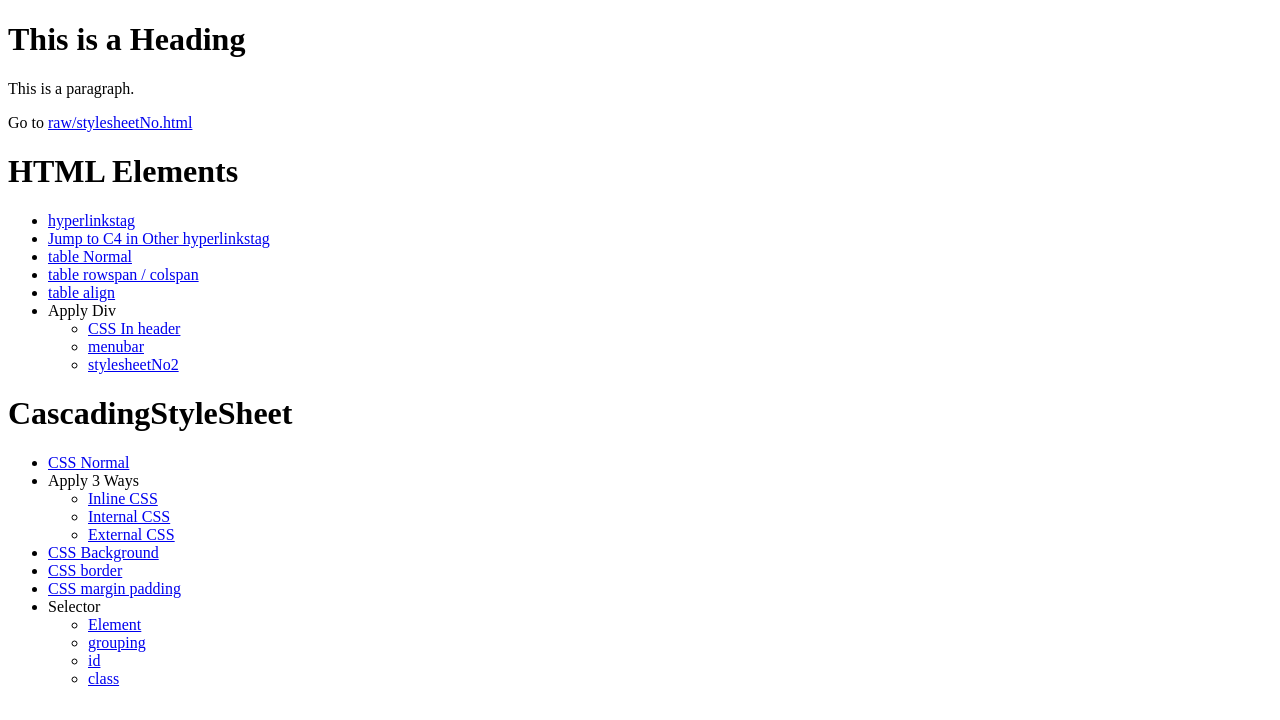
Repository: SanghunOh/learn_publising
Page: HtmlCss/WebContent/index.html
These files come from the project's save history. The page is drawn as it stood at one moment and after the next save; the edit follows.
The browser window is 1280 px wide. The pictures show the whole page.

Above is the page before, as saved 2018-05-07 03:08:35.

After the next save:
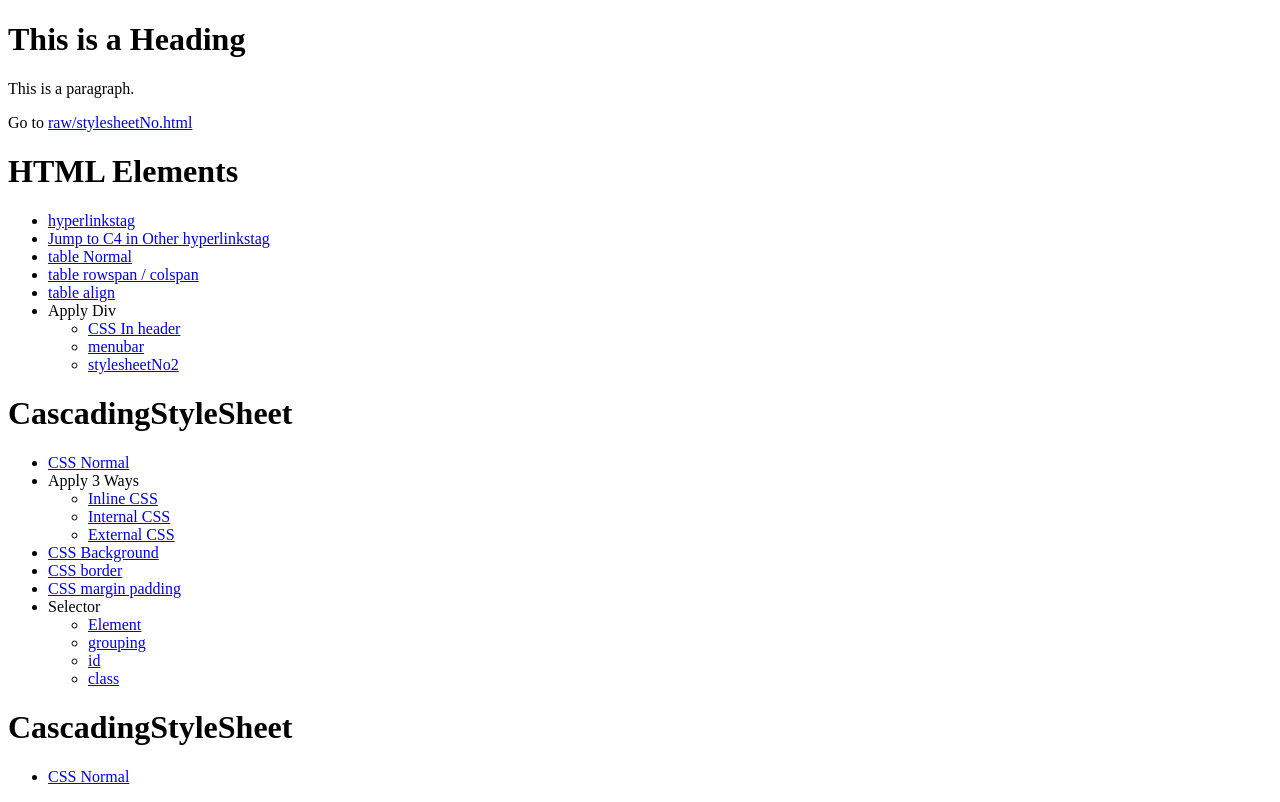
Saved 26 s later.
--- a/HtmlCss/WebContent/index.html
+++ b/HtmlCss/WebContent/index.html
@@ -59,7 +59,9 @@
 		</li>
 	</ul>
 
-
-
+	<h1>CascadingStyleSheet</h1>
+	<ul>
+		<li><a href="CascadingStyleSheet/css_normal.html">CSS Normal</a></li>
+	</ul>
 </body>
 </html>
